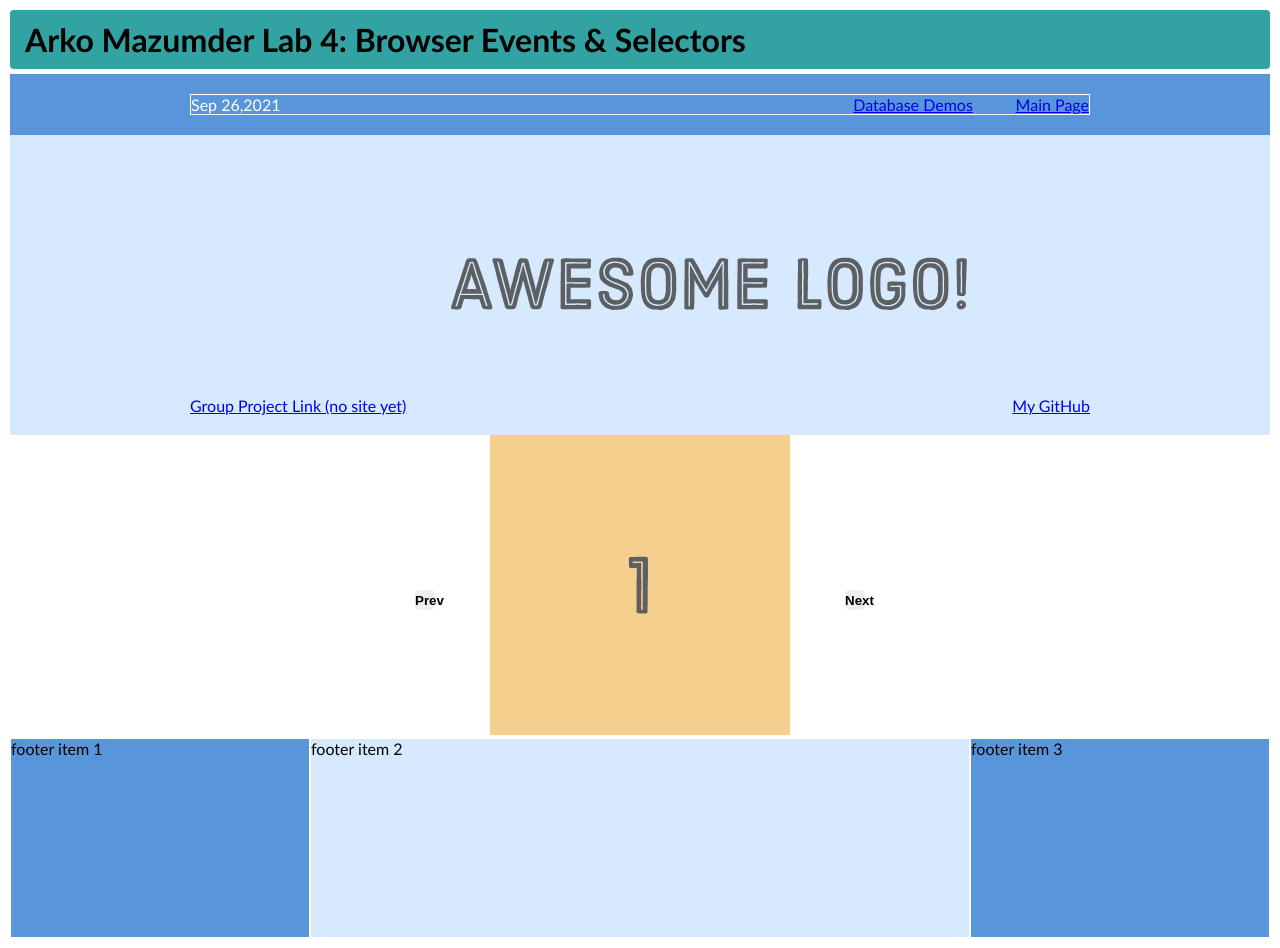
Repository: arkomz/INST377-Lab-Work
Page: client/lab_4/index.html
An editor plug-in stored every save of this project. The page is shown before and after a run of saves, followed by the edit.
The browser window is 1280 px wide. The pictures show the whole page.

Above is the page before, as saved 2021-09-26 21:49:59.

### client/lab_4/index.html
<!DOCTYPE html>
<html lang='en'>
  <head>
    <meta charset='UTF-8'/>
    <meta name = 'viewport'
    content='width=device-width, initial-scale=1.0, maximum-scale=0.5' />
    <title>Arko Mazumder</title>
    <link rel='stylesheet' href='styles.css'/>
  </head>
  <body>

    <div class = 'wrapper'>
    <h1 class='title'> Arko Mazumder Lab 4: Browser Events & Selectors</h1>
    <div class='menu-container'>
      <div class='menu'>
        <div class='date'>Sep 26,2021</div>

        <div class='signup'> <a href = 'data.html'> Database Demos</a> </div>
        <div class='login'> <a href = 'index.html'> Main Page</a> </div>

      </div>
      </div>

      <div class='header-container'>
            <div class='header'>
            <div class='subscribe'> <a href =  "https://INST377Group4.com"> Group Project Link (no site yet)</a></div>
            <div class='logo'><img src='images/awesome-logo.svg'/></div>
            <div class='social'> <a href = "https://github.com/arkomz"> My GitHub </a> </div>
          </div>
        </div>

    <div class='photo-grid-container'>
              <div class='photo-grid'>
                <div class="carousel">
                <div class="carousel__item carousel__item--visible">
                    <img src='images/one.svg'/>
                  </div>
                <div class='carousel__item'>
                    <img src='images/two.svg'/>
                  </div>
                <div class='carousel__item'>
                    <img src='images/three.svg'/>
                  </div>
                <div class='carousel__item'>
                  <img src='images/four.svg'/>
                </div>
                <div class='carousel__item'>
                  <img src='images/five.svg'/>

                </div>
              </div>
            </div>


    <div class="carousel__actions">
        <button id="carousel__button--prev" aria-label="Previous slide">Prev</button>
        <button id="carousel__button--next" aria-label="Next slide">Next</button>
        </div>
    </div>



            <div class='footer'>
            <div class='footer-item Footer One footer-one'> footer item 1</div>
            <div class='footer-item footer-two'> footer item 2</div>
            <div class='footer-item footer-three'> footer item 3</div>
          </div>

    </div>
  </body>
  <script src= "script.js"></script>

### client/lab_4/styles.css
* {
    margin: 0;
    padding: 0;
    box-sizing: border-box;
  }

  .wrapper {
    display:flex;
    flex-direction: column;
    font-family: ‘Segoe UI’, Candara, ‘Bitstream Vera Sans’, ‘DejaVu Sans’, ‘Bitsream Vera Sans’, ‘Trebuchet MS’, Verdana, ‘Verdana Ref’, sans-serif;
    margin:10px;
  }


  .title{
    display: inline-block;
    background-color: rgba(0,139, 139,0.8);
    border-radius: 4px;
    padding: 10px 15px;
    margin: 0;
    margin-bottom: 5px;
  }

  .menu-container {
    color: #fff;
    background-color: #5995DA;  /* Blue */
    padding: 20px 0;
    display: flex;
    justify-content: center;
  }

  .menu {
    border: 1px solid #fff;
    width: 900px;
    display: flex;
    justify-content: space-between;
  }

  .links {
    border: 1px solid #fff;  /* For debugging */
    display: flex;
    justify-content: flex-end;
  }

  .login {
    margin-left: 20px;
  }

  .header-container {
    color: #5995DA;
    background-color: #D6E9FE;
    display: flex;
    justify-content: center;
  }

  .header {
    width: 900px;
    height: 300px;
    display: flex;
    justify-content: space-between;
    align-items: center;
  }

  .photo-grid-container {
    display: flex;
    justify-content: center;
  }

  .photo-grid {
    width: 900px;
    display: flex;
    justify-content: center;
    flex-wrap: wrap;
    flex-direction: row;
    align-items: center;
  }

  .photo-grid-item {
    border: 1px solid #fff;
    width: 300px;
    height: 300px;
  }

  .first-item {
    order: 1;
  }

  .last-item {
    order: -1;
  }

  .social,
  .subscribe {
    align-self: flex-end;
    margin-bottom: 20px;
    }

    .footer {
        display: flex;
        justify-content: space-between;
      }

  .footer-item {
    border: 1px solid #fff;
    background-color: #D6E9FE;
    height: 200px;
    flex: 1;
  }

  .footer-three {
    flex: 2;
  }

  .footer-one,
  .footer-three {
    background-color: #5995DA;
    flex: initial;
    width: 300px;
  }

  .signup {
    margin-left: 550px;
  }

  .carousel {
    overflow: hidden;
    max-width: 600px;
    position: relative;
  }

  .carousel .carousel__item,
  .carousel .carousel__item--hidden {
    display: none;
  }

  .carousel .carousel__item img {
    width: 100%;
    max-width: 600px;
    height: auto;
  }

  .carousel .carousel__item--visible {
    display: block;
    animation: fadeVisibility 0.5s;
  }

  .carousel__actions {
    display: flex;
    width: 450px;
    justify-content: space-between;
    position: absolute;
    top: 600px;
    transform: translateY(-50%);
  }

  .carousel__actions button {
    border-radius: 5px;
    border: 0;
    font-weight: bold;
    cursor: pointer;
    width: 20px;
    height: 20px;
  }

  .carousel .carousel__actions button#carousel__button--prev {
    margin-left: 20px;
  }

  .carousel .carousel__actions button#carousel__button--next {
    margin-right: 20px;
  }

  @keyframes fadeVisibility {
    0% {
      opacity: 0;
    }
    100% {
      opacity: 1;
      transform: opacity linear;
    }
  }

### client/lab_4/script.js
let slidePosition = 0;
const slides = document.getElementsByClassName('carousel__item');
const totalSlides = slides.length;

document.
  getElementById('carousel__button--next')
  .addEventListener("click", function() {
    moveToNextSlide();
  });
document.
  getElementById('carousel__button--prev')
  .addEventListener("click", function() {
    moveToPrevSlide();
  });

function updateSlidePosition() {
  for (let slide of slides) {
    slide.classList.remove('carousel__item--visible');
    slide.classList.add('carousel__item--hidden');
  }

  slides[slidePosition].classList.add('carousel__item--visible');
}

function moveToNextSlide() {
  if (slidePosition === totalSlides - 1) {
    slidePosition = 0;
  } else {
    slidePosition++;
  }

  updateSlidePosition();
}

function moveToPrevSlide() {
  if (slidePosition === 0) {
    slidePosition = totalSlides - 1;
  } else {
    slidePosition--;
  }

  updateSlidePosition();
}

After the next 2 saves:
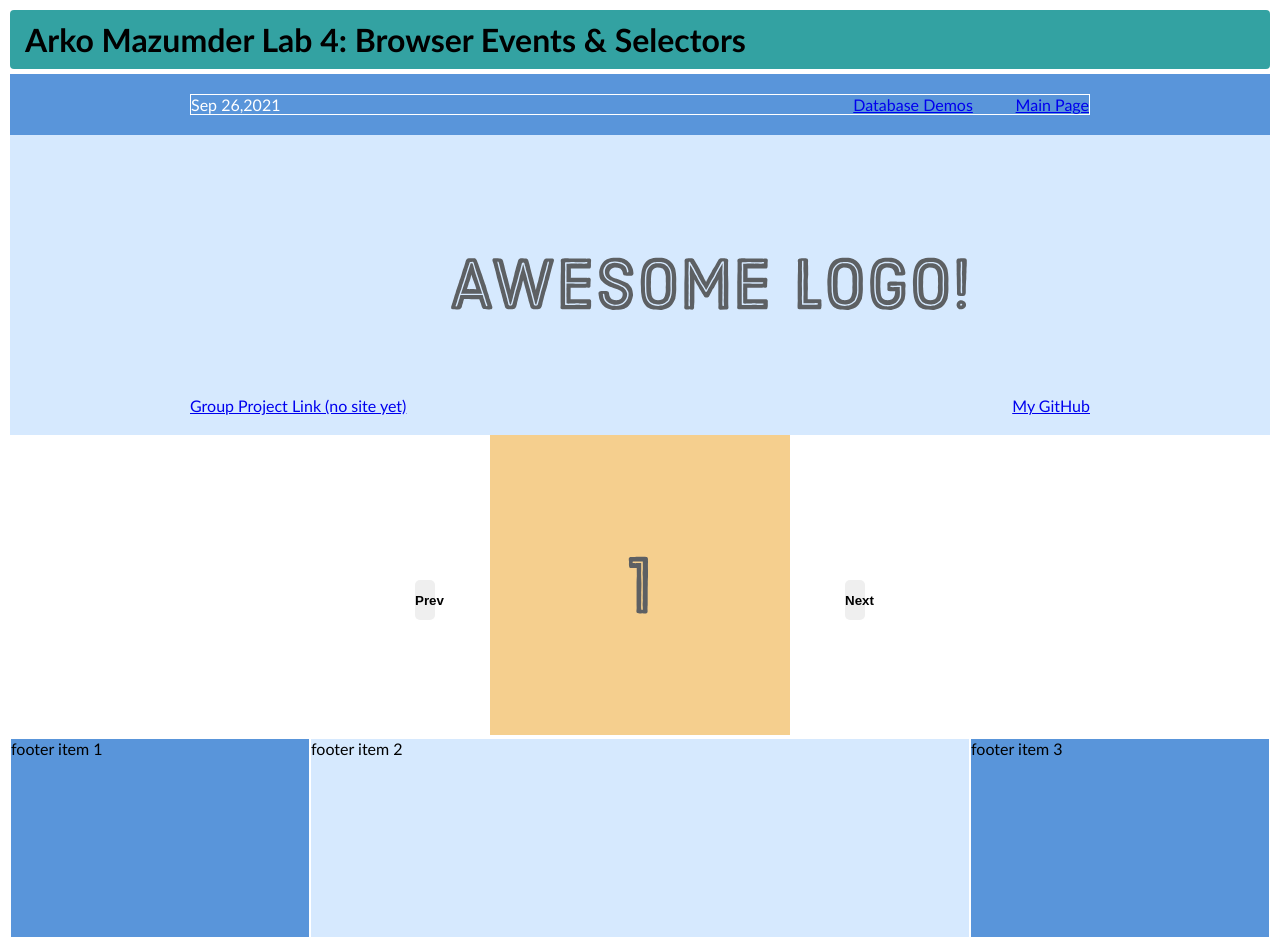
The 2 saves are shown as one change because they came seconds apart.
The last was saved 11 s later.
--- a/client/lab_4/styles.css
+++ b/client/lab_4/styles.css
@@ -159,7 +159,7 @@
     font-weight: bold;
     cursor: pointer;
     width: 20px;
-    height: 20px;
+    height: 40px;
   }
 
   .carousel .carousel__actions button#carousel__button--prev {
